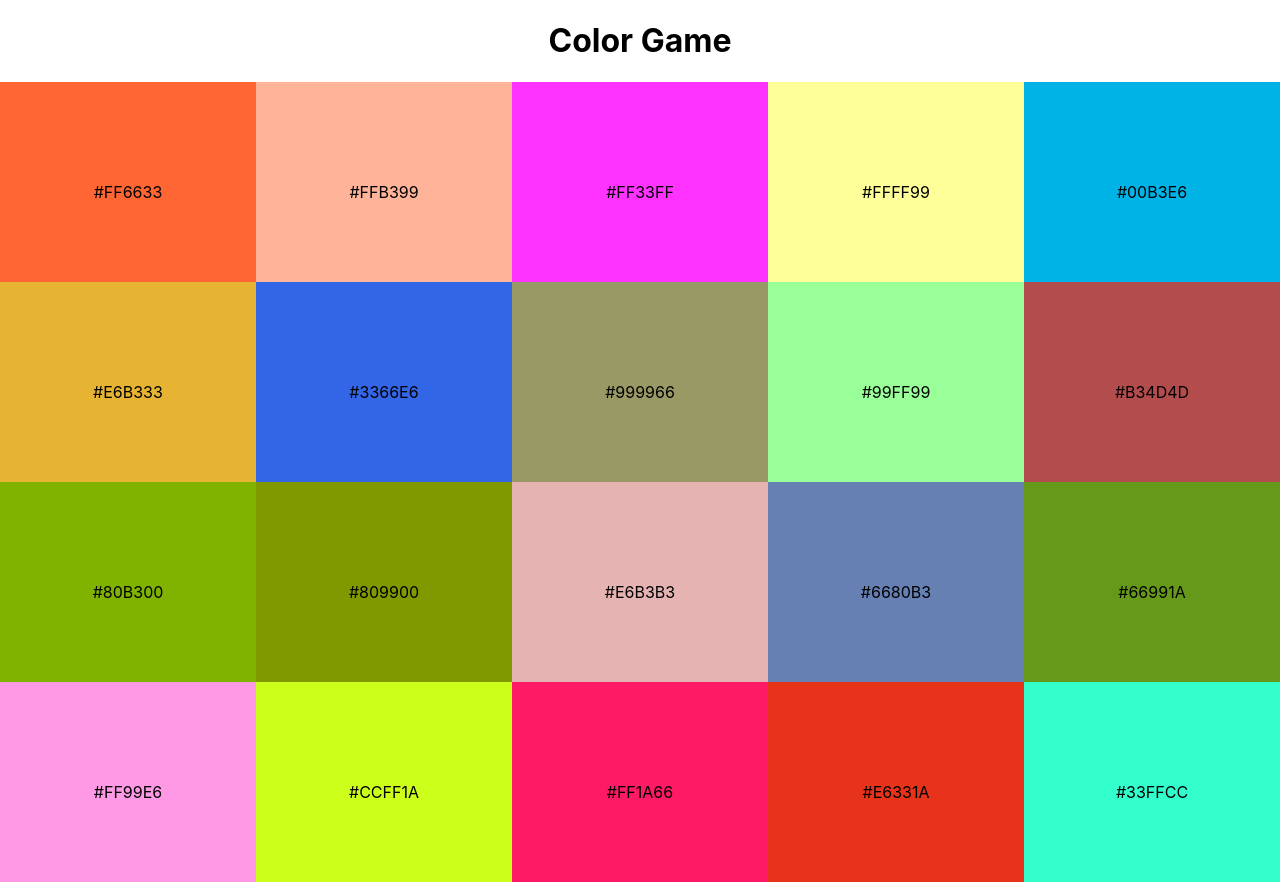
Repository: johnmutina/shades_of_blue
Page: /
An editor plug-in stored every save of this project. The page is shown before and after the next save, followed by the edit.
The browser window is 1280 px wide. The pictures show the whole page.
The project was rebuilt for these pictures with package versions that can differ from the ones it lists, and the page was loaded fresh each time.

Above is the page before, as saved 2019-06-22 14:30:16.

### src/App.js
import React from 'react';
import ColorBoxes from './ColorBoxes';
import './App.css';

function App() {
  return (
    <div className="App">
      <ColorBoxes />
    </div>
  );
}

export default App;

### src/ColorBoxes.js
import React, { Component } from 'react';
import ColorBox from './ColorBox';

class ColorBoxes extends Component {
    constructor(props){
        super(props);
        this.state = {

        }
    }
    render(){
        let colorArr = ['#FF6633', '#FFB399', '#FF33FF', '#FFFF99', '#00B3E6', '#E6B333', '#3366E6', '#999966', '#99FF99', '#B34D4D', '#80B300', '#809900', '#E6B3B3', '#6680B3', '#66991A', '#FF99E6', '#CCFF1A', '#FF1A66', '#E6331A', '#33FFCC'
        // , '#66994D', '#B366CC', '#4D8000', '#B33300', '#CC80CC', '#66664D', '#991AFF', '#E666FF', '#4DB3FF', '#1AB399', '#E666B3', '#33991A', '#CC9999', '#B3B31A', '#00E680', '#4D8066', '#809980', '#E6FF80', '#1AFF33', '#999933', '#FF3380', '#CCCC00', '#66E64D', '#4D80CC', '#9900B3', '#E64D66', '#4DB380', '#FF4D4D', '#99E6E6', '#6666FF'
    ];
        let idx = Math.floor(Math.random() * colorArr.length);
        return (
            <div>
                <h1>Color Game</h1>
                {colorArr.map(el => <ColorBox color={el} />)}
            </div>
        )
    }
}

export default ColorBoxes;

### src/ColorBox.js
import React, { Component } from 'react';
import './ColorBox.css';

class ColorBox extends Component {
    render(){
        return (
            <div className="ColorBox" style={{backgroundColor: this.props.color}}>{this.props.color}</div>
        )
    }
}

export default ColorBox;

### src/ColorBox.css
.ColorBox {
    display: inline-block;
    width: 20%;
    height: 100px;
    padding-top: 100px;
}

Loaded but not shown: public/index.html (common file); src/index.js (common file); src/index.css (common file); src/serviceWorker.js (common file); src/App.css (common file)

After the next save:
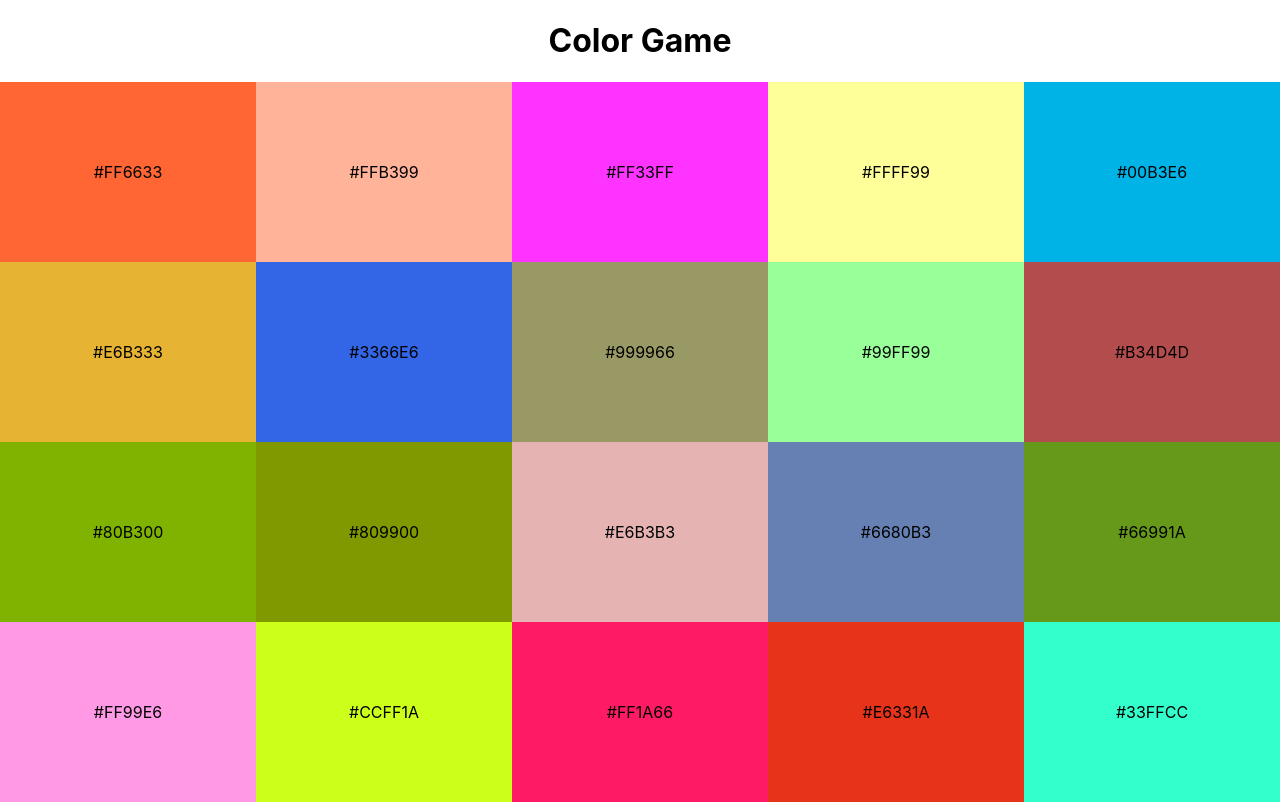
Saved 4 s later.
--- a/src/ColorBox.css
+++ b/src/ColorBox.css
@@ -2,5 +2,5 @@
     display: inline-block;
     width: 20%;
     height: 100px;
-    padding-top: 100px;
+    padding-top: 80px;
 }
